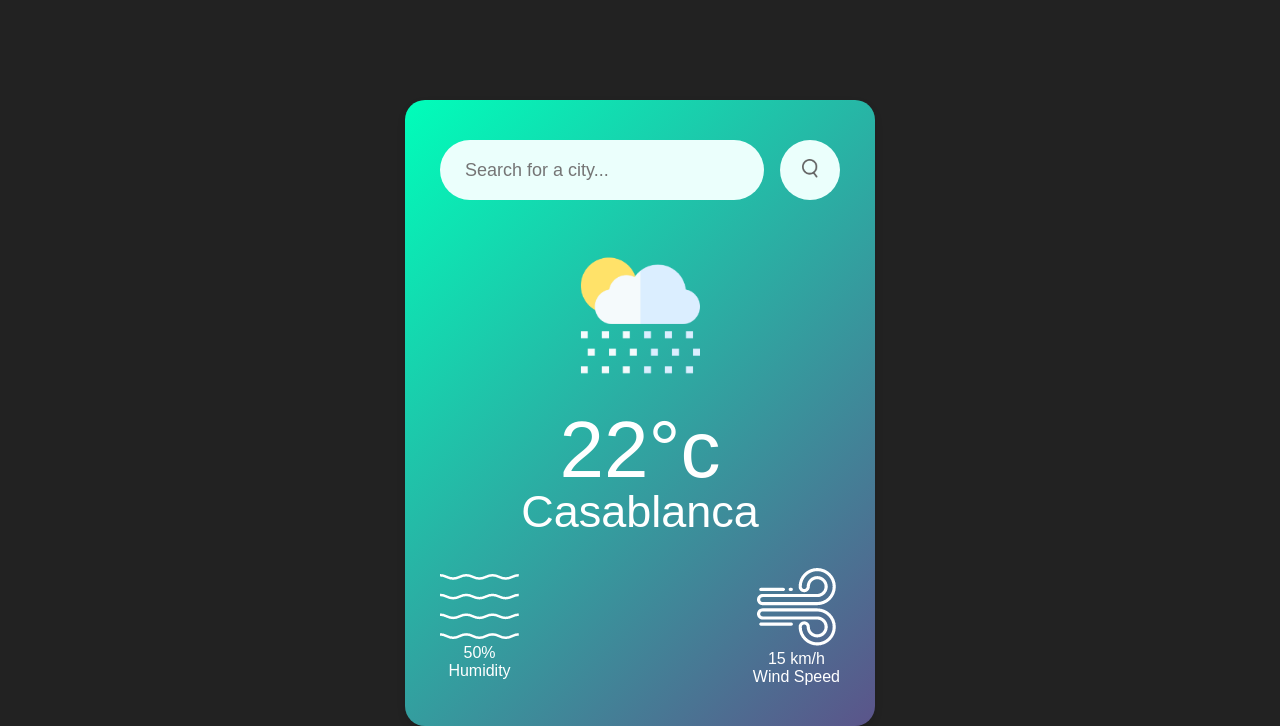
Repository: Abdelilah-Lakrim/Weather-App
Page: index.html
The author's editor kept a copy of each file at every save. The page is drawn from the files as they stood at one save, then again after a run of saves.
The browser window is 1280 px wide. The pictures show the whole page.

Above is the page before, as saved 2025-06-17 11:17:47.

### index.html
<!DOCTYPE html>
<html>
<head>
    <meta charset="UTF-8" />
    <title>Weather App</title>
    <link rel="stylesheet" href="style.css" >
</head>
<body>

    <div class="card">
        <div class="search">
            <input type="text" placeholder="Search for a city..." spellcheck="false" />
            <button><img src="images/search.png"></button>
        </div>
        <div class="weather">
            <img src="images/rain.png" class="weather-icon">
            <h1 class="temp">22°c</h1>
            <h2 class="city">Casablanca</h2>
            <div class="details">
                <div class="col">
                    <img src="images/humidity.png">
                    <div>
                        <p class="humidity">50%</p>
                        <p>Humidity</p>
                    </div>
                </div>
                <div class="col">
                    <img src="images/wind.png">
                    <div>
                        <p class="wind">15 km/h</p>
                        <p>Wind Speed</p>
                    </div>
                </div>
            </div>
        </div>
    </div>

</body>
</html>

### style.css
*{
    margin: 0;
    padding: 0;
    font-family: 'Poppins', sans-serif;
    box-sizing: border-box;
}
body{
    background-color: #222;
    color: #333;
}
.card{
    width: 90%;
    max-width: 470px;
    background: linear-gradient(135deg, #00feba, #5b548a);
    color: #fff;
    margin: 100px auto  0;
    padding: 40px 35px;
    border-radius: 20px;
    box-shadow: 0 4px 8px rgba(0, 0, 0, 0.1);
    overflow: hidden;
    position: relative;
    text-align: center;
}
.search{
    width: 100%;
    display: flex;
    align-items: center;
    justify-content: space-between;
}

.search input{
    border: 0;
    outline: 0;
    background: #ebfffc;
    color: #333;
    padding: 10px 25px;
    height: 60px;
    border-radius: 30px;
    flex: 1;
    margin-right: 16px;
    font-size: 18px;
}

.search button{
    border: 0;
    outline: 0;
    background: #ebfffc;
    height: 60px;
    width: 60px;
    border-radius: 50px;
    cursor: pointer;
}
.search button img{
    width: 16px;
}

.weather-icon{
    width: 170px;
    margin-top: 30px;

}

.weather h1{
    font-size: 80px;
    font-weight: 500;
}
.weather h2{
    font-size: 45px;
    font-weight: 400;
    margin-top: -10px;
}

.details{
    display: flex;
    align-items: center;
    justify-content: space-between;
    margin-top: 30px;
}

After the next 3 saves:
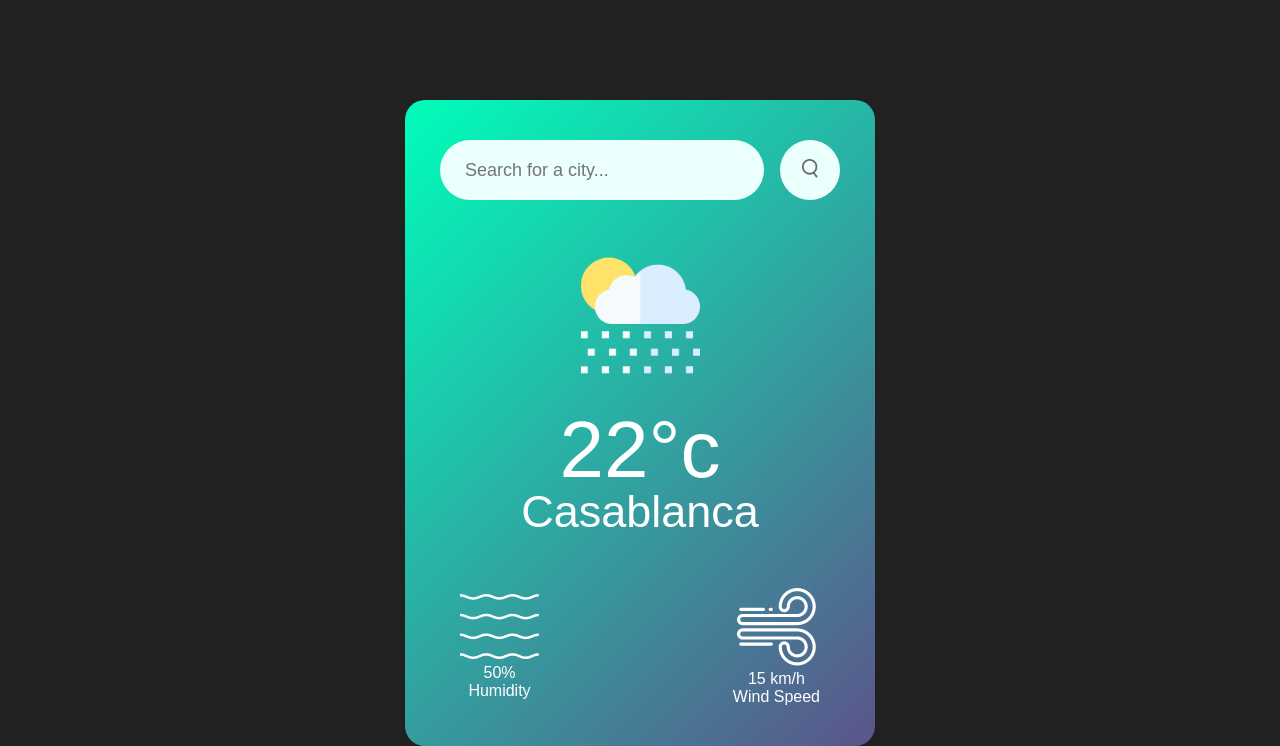
The 3 saves are shown as one change because they came seconds apart.
The last was saved 8 s later.
--- a/style.css
+++ b/style.css
@@ -74,5 +74,6 @@ body{
     display: flex;
     align-items: center;
     justify-content: space-between;
-    margin-top: 30px;
+    margin-top: 50px;
+    padding: 0 20px;
 }
